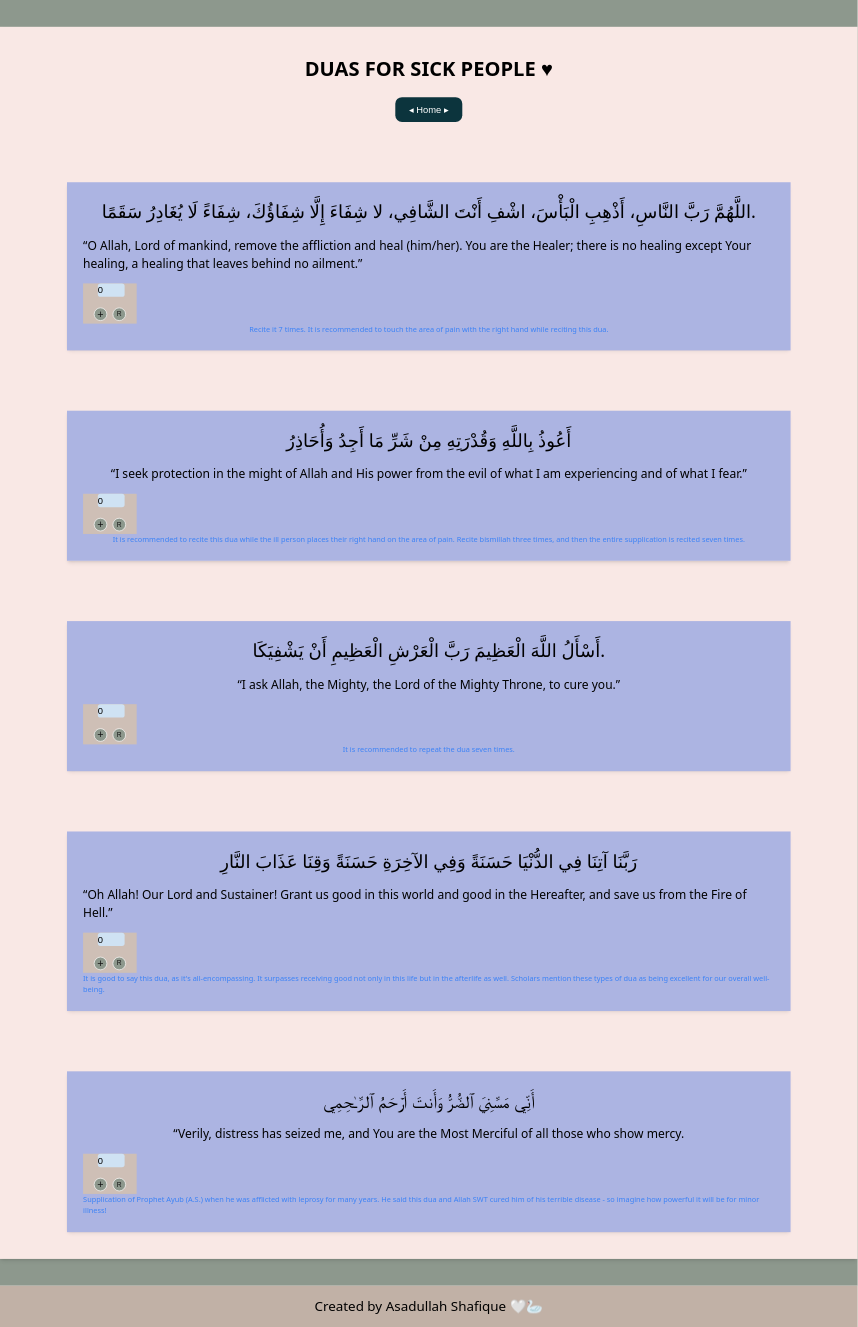
Repository: asadullah48/Duas_Diary
Page: /sick
These files come from the project's save history. The page is drawn as it stood at one moment and after the next save; the edit follows.
The browser window is 1280 px wide. The pictures show the whole page, at 67% of full size.
The project was rebuilt for these pictures with package versions that can differ from the ones it lists, and the page was loaded fresh each time. The framework's server and built-in components were replaced by stand-ins that run in the browser. Also part of the build but not shown: next.config.ts.

Above is the page before, as saved 2024-11-30 10:13:37.

### src/app/layout.tsx
import type { Metadata } from "next";
import localFont from "next/font/local";
import "./globals.css";
import Footer from "../components/footer";

const geistSans = localFont({
  src: "./fonts/GeistVF.woff",
  variable: "--font-geist-sans",
  weight: "100 900",
});
const geistMono = localFont({
  src: "./fonts/GeistMonoVF.woff",
  variable: "--font-geist-mono",
  weight: "100 900",
});

export const metadata: Metadata = {
  title: "Create Next App",
  description: "Generated by create next app",
};

export default function RootLayout({
  children,
}: Readonly<{
  children: React.ReactNode;
}>) {
  return (
    <html lang="en">
      <body
        className={`${geistSans.variable} ${geistMono.variable} antialiased`}
      >
        {children}
        <Footer/>
      </body>
    </html>
  );
}

### src/app/sick/page.tsx
import Link from "next/link";
import LightPinkSection from "@/components/props";
import Button from "@/components/button";

export default function Sick() {
  return (
    <div className="w-full h-auto bg-[#8D988D] flex justify-center items-center py-10">
      <div className="w-[95%] lg:w-[1300px] h-auto bg-[#F9E8E5] p-5 lg:p-10 rounded-md shadow-md">
        <div className="font-sans font-bold text-[24px] lg:text-[30px] text-black text-center mb-5">
          DUAS FOR SICK PEOPLE ♥
        </div>
        <Link href="/">
          <button className="bg-[#0c343d] text-white text-[12px] lg:text-[14px] mt-3 mb-5 mx-auto block rounded-[10px] px-5 py-2">
            ◂ Home ▸
          </button>
        </Link>

        {/* Dua Sections */}
        <LightPinkSection
          paragraph="اللَّهُمَّ رَبَّ النَّاسِ، أَذْهِبِ الْبَأْسَ، اشْفِ أَنْتَ الشَّافِي، لا شِفَاءَ إِلَّا شِفَاؤُكَ، شِفَاءً لَا يُغَادِرُ سَقَمًا."
          paragraph2="“O Allah, Lord of mankind, remove the affliction and heal (him/her). You are the Healer; there is no healing except Your healing, a healing that leaves behind no ailment.”"
          buttonText={<Button />}
          note="Recite it 7 times. It is recommended to touch the area of pain with the right hand while reciting this dua."
        />
        <LightPinkSection
          paragraph="أَعُوذُ بِاللَّهِ وَقُدْرَتِهِ مِنْ شَرِّ مَا أَجِدُ وَأُحَاذِرُ"
          paragraph2="“I seek protection in the might of Allah and His power from the evil of what I am experiencing and of what I fear.”"
          buttonText={<Button />}
          note="It is recommended to recite this dua while the ill person places their right hand on the area of pain. Recite bismillah three times, and then the entire supplication is recited seven times."
        />
        <LightPinkSection
          paragraph="أَسْأَلُ اللَّهَ الْعَظِيمَ رَبَّ الْعَرْشِ الْعَظِيمِ أَنْ يَشْفِيَكَا."
          paragraph2="“I ask Allah, the Mighty, the Lord of the Mighty Throne, to cure you.”"
          buttonText={<Button />}
          note="It is recommended to repeat the dua seven times."
        />
        <LightPinkSection
          paragraph="رَبَّنَا آتِنَا فِي الدُّنْيَا حَسَنَةً وَفِي الآخِرَةِ حَسَنَةً وَقِنَا عَذَابَ النَّارِ"
          paragraph2="“Oh Allah! Our Lord and Sustainer! Grant us good in this world and good in the Hereafter, and save us from the Fire of Hell.”"
          buttonText={<Button />}
          note="It is good to say this dua, as it's all-encompassing. It surpasses receiving good not only in this life but in the afterlife as well. Scholars mention these types of dua as being excellent for our overall well-being."
        />
        <LightPinkSection
          paragraph="أَنِّي مَسَّنِيَ ٱلضُّرُّ وَأَنتَ أَرۡحَمُ ٱلرَّـٰحِمِي"
          paragraph2="“Verily, distress has seized me, and You are the Most Merciful of all those who show mercy."
          buttonText={<Button />}
          note="Supplication of Prophet Ayub (A.S.) when he was afflicted with leprosy for many years. He said this dua and Allah SWT cured him of his terrible disease - so imagine how powerful it will be for minor illness!"
        />
      </div>
    </div>
  );
}

### src/components/footer.tsx
// components/Footer.tsx
export default function Footer() {
    return (
      <footer className="w-full bg-[#C1B1A6] py-4">
        <div className="text-center text-black font-sans text-[16px] sm:text-[18px] lg:text-[20px]">
          Created by Asadullah Shafique 🤍🦢
        </div>
      </footer>
    );
  }

### src/components/props.tsx
import { ReactNode } from "react";

type SectionProps = {
  paragraph: string;
  buttonText: ReactNode;
  paragraph2: string;
  note: string; // Allows JSX elements, strings, or components
};

export default function LightPinkSection({
  paragraph,
  buttonText,
  paragraph2,
  note,
}: SectionProps) {
  return (
    <div className="w-[90%] bg-[#97a5e2c5] p-6 rounded-lg mx-auto shadow-md mt-[90px]">
      <p className="text-black text-[27px] font-sans mb-4 flex justify-center">
        {paragraph}
      </p>
      <p className="text-black text-[18px] font-sans mb-4 flex justify-center">
        {paragraph2}
      </p>
      <div>{buttonText}</div>
      <p className="text-blue-500 text-[11px] font-sans flex justify-center">
        {note}
      </p>
    </div>
  );
}

### src/components/button.tsx
"use client";

import { useState } from "react";

export default function Button() {
  // hook, event ke against ui ko update krna
  let [count, setcount] = useState(0); //returns array ik element hota hai jese yaha pr 0 hai  ik function aur jo function hota hai woh humari value hoti h
  console.log(count);

  const handleClick = () => {
    setcount(count + 1); //re-renders new value
  };

  const handleReset = () => {
    setcount(0); // reset back to 0
  };

  return (
    <div className="bg-[#CEBFB6] w-[80px] h-[60px] flex flex-col items-center justify-between">
      <p className="text-black w-[40px] flex text-sm bg-[#cfe2f3] rounded ml-1">
        {count}
      </p>

      <div className="flex space-x-2 mt-2">
        <button
          onClick={handleClick}
          className="bg-[#8D988D] w-[20px] h-[20px] px-1 py-1 rounded-full border mt-1 mb-1 border-white flex items-center justify-center text-center"
        >
          +
        </button>

        {/* Reset Button */}
        <button
          onClick={handleReset}
          className="bg-[#8D988D] w-[20px] h-[20px] px-1 py-1 rounded-full border mt-1 mb-1 border-white flex items-center justify-center text-[10px] text-center"
        >
          R
        </button>
      </div>
    </div>
  );
}

Loaded but not shown: src/app/globals.css (common file); tailwind.config.ts (common file)

After the next save:
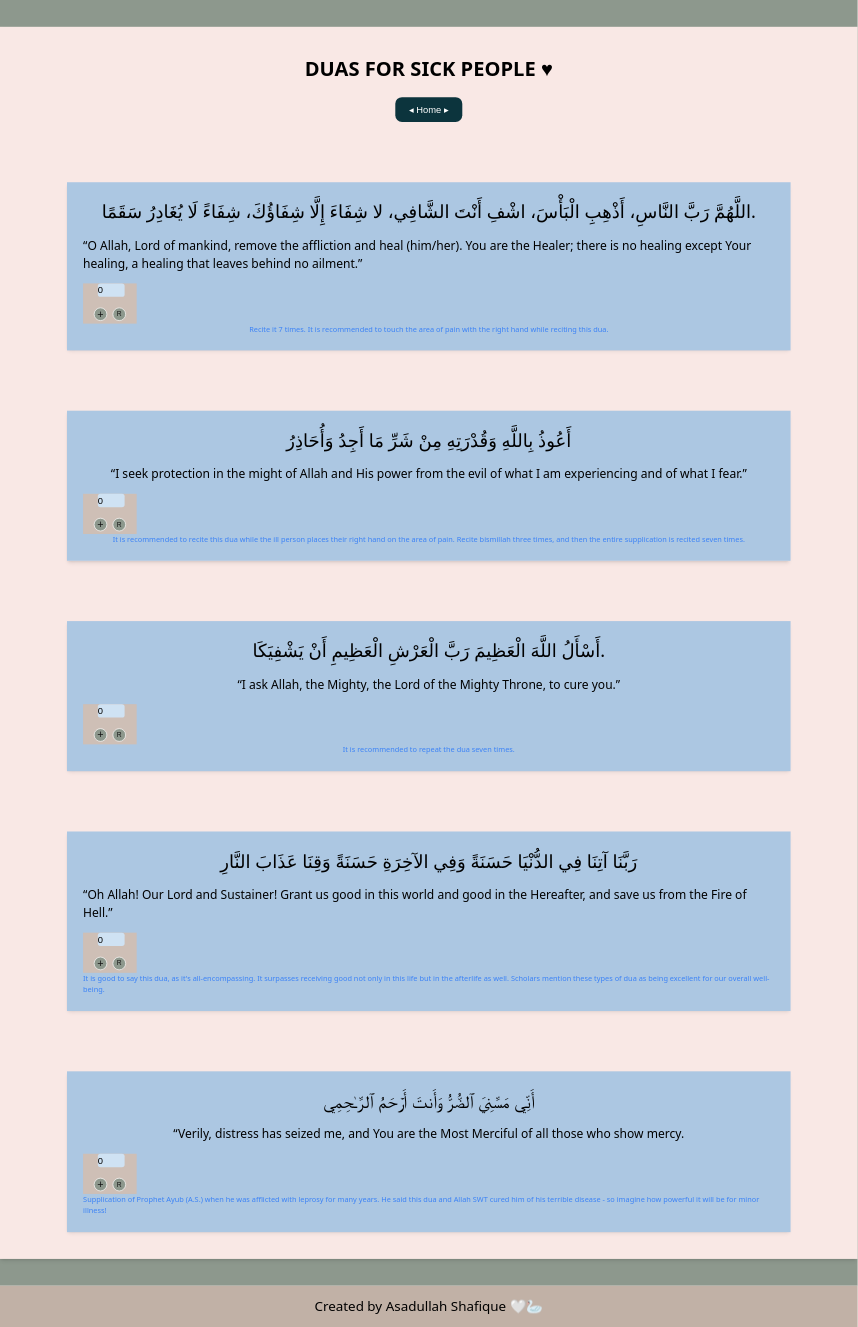
Saved 6 s later.
--- a/src/components/props.tsx
+++ b/src/components/props.tsx
@@ -14,7 +14,7 @@ export default function LightPinkSection({
   note,
 }: SectionProps) {
   return (
-    <div className="w-[90%] bg-[#97a5e2c5] p-6 rounded-lg mx-auto shadow-md mt-[90px]">
+    <div className="w-[90%] bg-[#97bee2c5] p-6 rounded-lg mx-auto shadow-md mt-[90px]">
       <p className="text-black text-[27px] font-sans mb-4 flex justify-center">
         {paragraph}
       </p>
